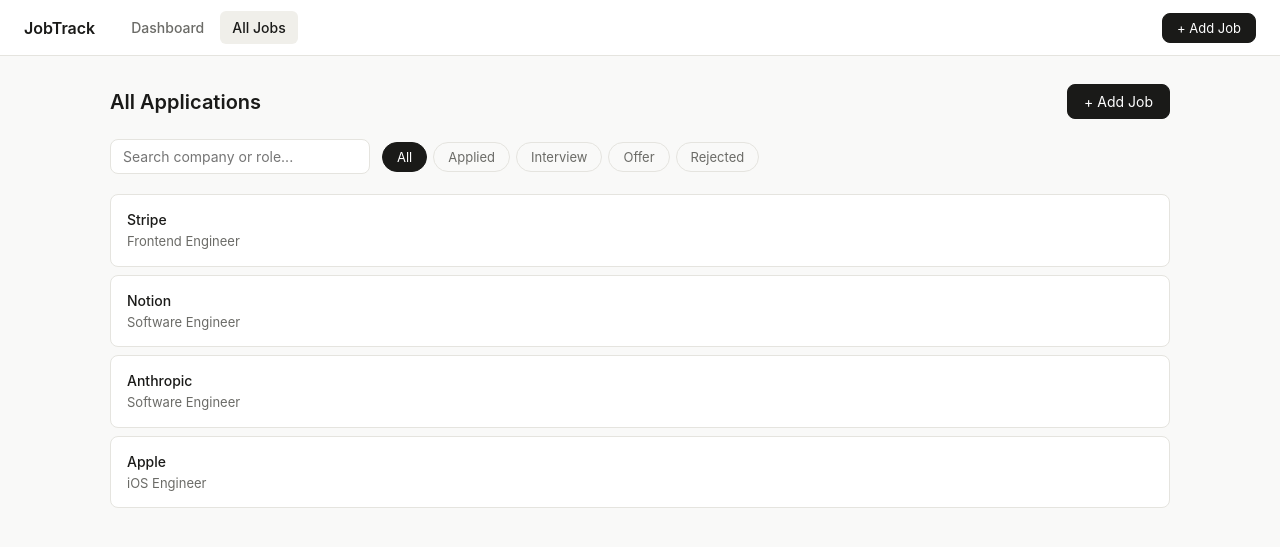
Repository: adtm0/jobtracker
Page: /jobs (app in frontend/)
The author's editor kept a copy of each file at every save. The page is drawn from the files as they stood at one save, then again after the next save.
The browser window is 1280 px wide. The pictures show the whole page.
The project was rebuilt for these pictures with package versions that can differ from the ones it lists, and the page was loaded fresh each time. Also part of the build but not shown: frontend/vite.config.js, frontend/src/pages/Login.jsx, frontend/src/pages/Register.jsx, frontend/src/pages/Dashboard.jsx, frontend/src/pages/JobForm.jsx.

Above is the page before, as saved 2026-04-19 20:24:06.

After the next save:
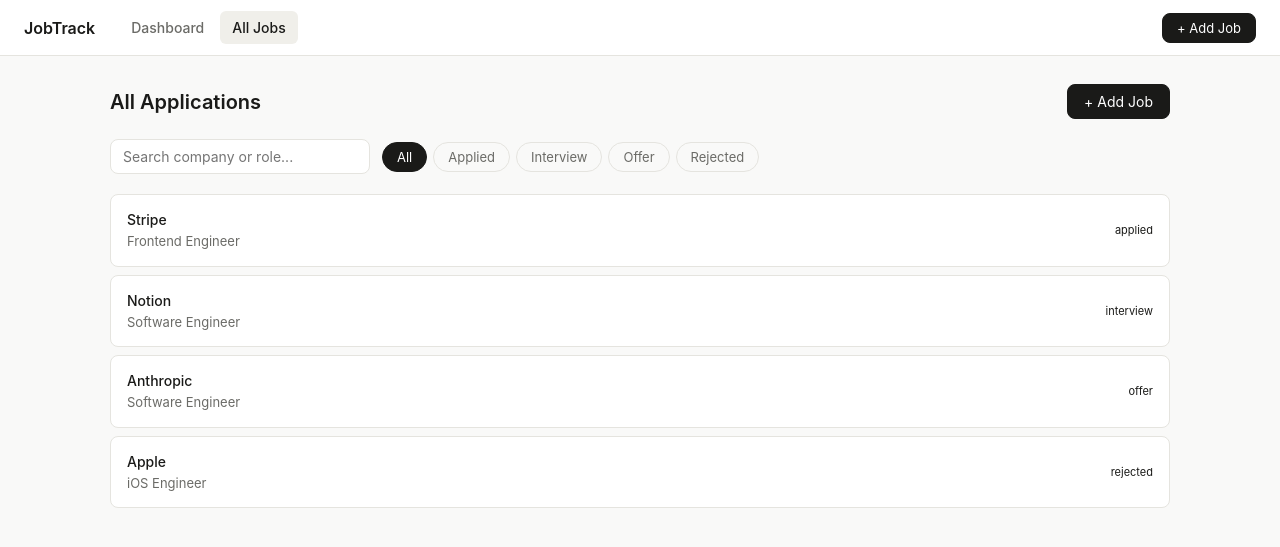
Saved 4 s later.
--- a/frontend/src/pages/Jobs.jsx
+++ b/frontend/src/pages/Jobs.jsx
@@ -143,7 +143,7 @@
               <span style={{
                 fontSize: 11
               }}>
-
+                {job.status}
               </span>
             </div>
           ))}

After the 2 saves that followed:
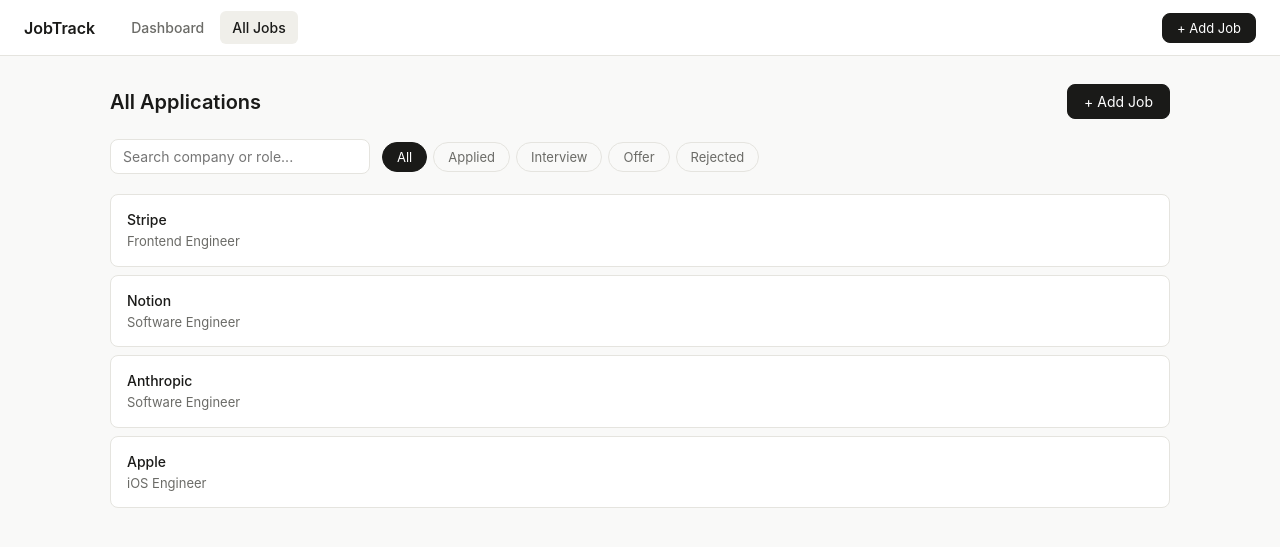
The 2 saves are shown as one change because they came seconds apart.
The last was saved 9 s later.
--- a/frontend/src/pages/Jobs.jsx
+++ b/frontend/src/pages/Jobs.jsx
@@ -143,7 +143,7 @@
               <span style={{
                 fontSize: 11
               }}>
-                {job.status}
+                {job.status.charAt(0).to}
               </span>
             </div>
           ))}
